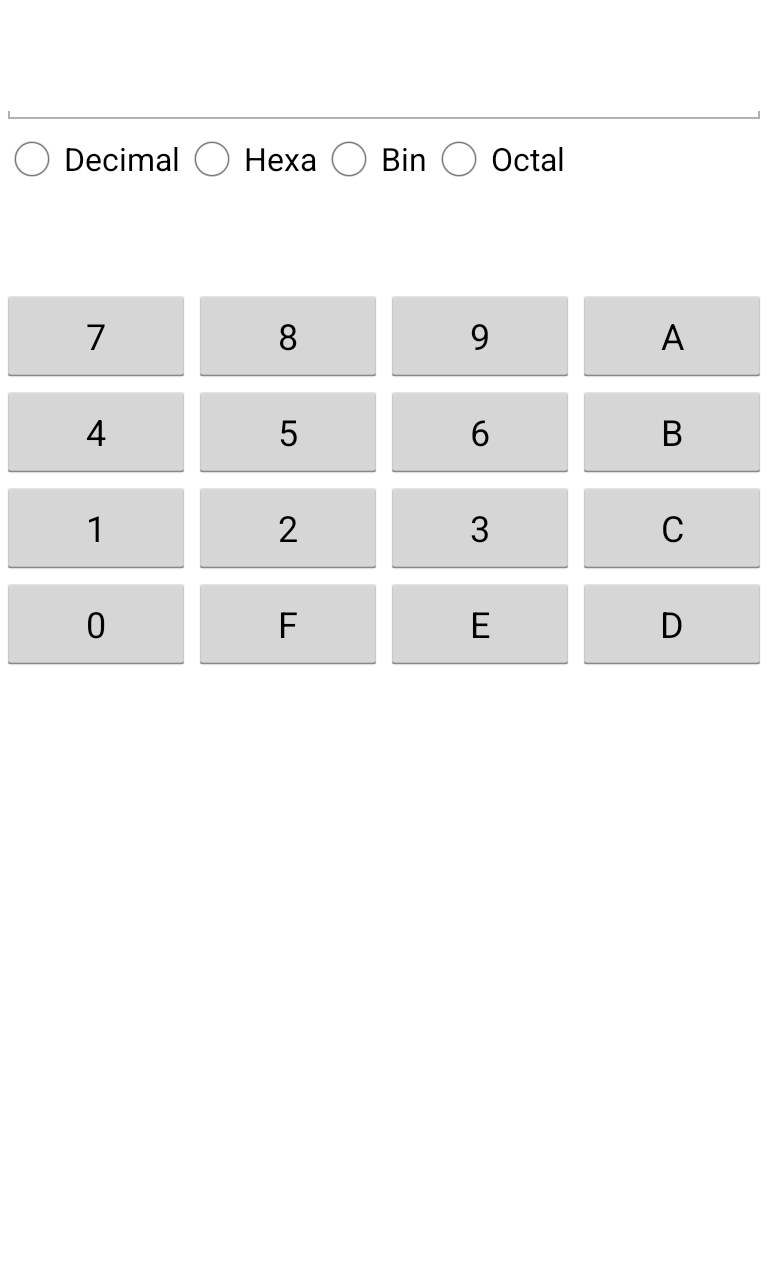
Repository: RamDion/BSIT_Calculator
Layout: CcsCalcu/res/layout/activity_calculator.xml
An editor plug-in stored every save of this project. The layout is shown before and after the next save, followed by the edit.
It is drawn on a 768 x 1280 px phone screen (xhdpi) without system bars, with theme AppTheme; the app's code is not run.

Above is the layout before, as saved 2014-09-04 05:29:10.

### CcsCalcu/res/layout/activity_calculator.xml
    <TableLayout
        xmlns:android="http://schemas.android.com/apk/res/android"
    	xmlns:tools="http://schemas.android.com/tools"
        android:layout_width="fill_parent"
        android:layout_height="fill_parent"
        android:layout_alignParentLeft="true"
        android:layout_alignParentTop="true"
        android:layout_alignParentRight="true"
        android:layout_alignParentBottom="true"
    tools:context="com.example.android_calc.MainActivity">

        <TableRow
            android:id="@+id/tableRow1"
            android:layout_width="fill_parent"
            android:layout_height="wrap_content"
             >

            <EditText
                android:id="@+id/calc_screen"
                android:layout_weight="1"
                android:layout_width="0dip"
                android:layout_height="wrap_content"
                android:textSize="36sp"
                android:inputType="none" >

            </EditText>

        </TableRow>

        <TableRow
            android:id="@+id/tableRow10"
            android:layout_width="fill_parent"
            android:layout_height="wrap_content"
             >
<RadioButton
             android:id="@+id/radioButton1"
             android:layout_width="wrap_content"
             android:layout_height="wrap_content"
             android:text="Decimal" />

<RadioButton
             android:id="@+id/radioButton2"
             android:layout_width="wrap_content"
             android:layout_height="wrap_content"
             android:text="Hexa" />
<RadioButton
             android:id="@+id/radioButton3"
             android:layout_width="wrap_content"
             android:layout_height="wrap_content"
             android:text="Bin" />
<RadioButton
             android:id="@+id/radioButton4"
             android:layout_width="wrap_content"
             android:layout_height="wrap_content"
             android:text="Octal" />

        </TableRow>

        <TableRow>
             <TextView
                android:id="@+id/result"
                android:layout_weight="1"
                android:layout_width="0dip"
                android:layout_height="wrap_content"
                android:textSize="36sp"
                android:inputType="none" >

            </TextView>
        </TableRow>



        <TableRow
            android:id="@+id/tableRow2"
            android:layout_width="fill_parent"
            android:layout_height="wrap_content" >

            <Button
                android:id="@+id/seven"
                android:layout_width="0dip"
                android:layout_weight="0.25"
                android:layout_height="wrap_content"
                android:text="@string/seven" />

            <Button
                android:id="@+id/eight"
                android:layout_width="0dip"
                android:layout_weight="0.25"
                android:layout_height="wrap_content"
                android:text="@string/eight" />

            <Button
                android:id="@+id/nine"
                android:layout_width="0dip"
                android:layout_weight="0.25"
                android:layout_height="wrap_content"
                android:text="@string/nine" />

            <Button
                android:id="@+id/a"
                android:layout_width="0dip"
                android:layout_weight="0.25"
                android:layout_height="wrap_content"
                android:text="@string/a" />

        </TableRow>

        <TableRow
            android:id="@+id/tableRow3"
            android:layout_width="fill_parent"
            android:layout_height="wrap_content" >
             <Button
                android:id="@+id/four"
                android:layout_width="0dip"
                android:layout_weight="0.25"
                android:layout_height="wrap_content"
                android:text="@string/four" />

            <Button
                android:id="@+id/five"
                android:layout_width="0dip"
                android:layout_weight="0.25"
                android:layout_height="wrap_content"
                android:text="@string/five" />

            <Button
                android:id="@+id/six"
                android:layout_width="0dip"
                android:layout_weight="0.25"
                android:layout_height="wrap_content"
                android:text="@string/six" />

            <Button
                android:id="@+id/b"
                android:layout_width="0dip"
                android:layout_weight="0.25"
                android:layout_height="wrap_content"
                android:text="@string/b" />


        </TableRow>

        <TableRow
            android:id="@+id/tableRow4"
            android:layout_width="fill_parent"
            android:layout_height="wrap_content" >

            <Button
                android:id="@+id/one"
                android:layout_width="0dip"
                android:layout_weight="0.25"
                android:layout_height="wrap_content"
                android:text="@string/one" />

            <Button
                android:id="@+id/two"
                android:layout_width="0dip"
                android:layout_weight="0.25"
                android:layout_height="wrap_content"
                android:text="@string/two" />

            <Button
                android:id="@+id/three"
                android:layout_width="0dip"
                android:layout_weight="0.25"
                android:layout_height="wrap_content"
                android:text="@string/three" />

            <Button
                android:id="@+id/c"
                android:layout_width="0dip"
                android:layout_weight="0.25"
                android:layout_height="wrap_content"
                android:text="@string/c" />
        </TableRow>

         <TableRow
            android:id="@+id/tableRow5"
            android:layout_width="fill_parent"
            android:layout_height="wrap_content" >

            <Button
                android:id="@+id/zero"
                android:layout_width="0dip"
                android:layout_weight="0.25"
                android:layout_height="wrap_content"
                android:text="@string/zero" />

            <Button
                android:id="@+id/f"
                android:layout_width="0dip"
                android:layout_weight="0.25"
                android:layout_height="wrap_content"
                android:text="@string/f" />

            <Button
                android:id="@+id/e"
                android:layout_width="0dip"
                android:layout_weight="0.25"
                android:layout_height="wrap_content"
                android:text="@string/e" />

            <Button
                android:id="@+id/d"
                android:layout_width="0dip"
                android:layout_weight="0.25"
                android:layout_height="wrap_content"
                android:text="@string/d" />
        </TableRow>



    </TableLayout>

### CcsCalcu/res/values/strings.xml
<?xml version="1.0" encoding="utf-8"?>
<resources>

    <string name="app_name">CcsCalcu</string>
    <string name="action_settings">Settings</string>
    <string name="hello_world">BSIT</string>
    <string name="calcu">Calculator</string>
    <string name="title_activity_calculator">Calculator</string>
    <string name="clr">CLEAR</string>
    <string name="zero">0</string>
    <string name="one">1</string>
    <string name="two">2</string>
    <string name="three">3</string>
    <string name="four">4</string>
    <string name="five">5</string>
    <string name="six">6</string>
    <string name="seven">7</string>
    <string name="eight">8</string>
    <string name="nine">9</string>
    <string name="a">A</string>
    <string name="b">B</string>
    <string name="c">C</string>
    <string name="d">D</string>
    <string name="e">E</string>
    <string name="f">F</string>
    <string name="binary">Binary</string>
    <string name="octal">Octal</string>
    <string name="decimal">Decimal</string>
    <string name="hexa">Hexadecimal</string>
    <string name="title_activity_egapos">EGapos</string>

</resources>

Loaded but not shown: CcsCalcu/res/values/styles.xml (common file); CcsCalcu/res/values-v11/styles.xml (common file); CcsCalcu/res/values-v14/styles.xml (common file)

After the next save:
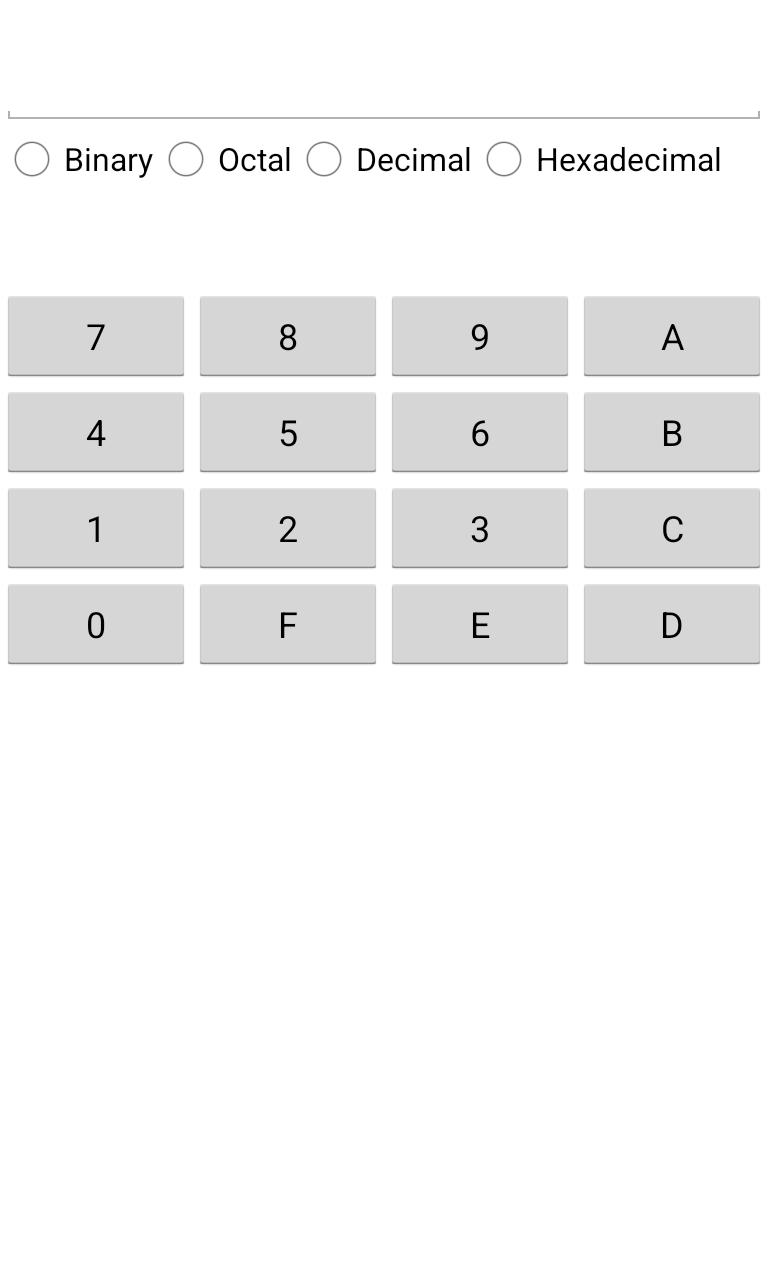
Saved 102 s later.
--- a/CcsCalcu/res/layout/activity_calculator.xml
+++ b/CcsCalcu/res/layout/activity_calculator.xml
@@ -36,23 +36,23 @@
              android:id="@+id/radioButton1"
              android:layout_width="wrap_content"
              android:layout_height="wrap_content"
-             android:text="Decimal" />
+             android:text="@string/binary" />
 
 <RadioButton
              android:id="@+id/radioButton2"
              android:layout_width="wrap_content"
              android:layout_height="wrap_content"
-             android:text="Hexa" />
+             android:text="@string/octal" />
 <RadioButton
              android:id="@+id/radioButton3"
              android:layout_width="wrap_content"
              android:layout_height="wrap_content"
-             android:text="Bin" />
+             android:text="@string/decimal" />
 <RadioButton
              android:id="@+id/radioButton4"
              android:layout_width="wrap_content"
              android:layout_height="wrap_content"
-             android:text="Octal" />
+             android:text="@string/hexa" />
 
         </TableRow>
 
